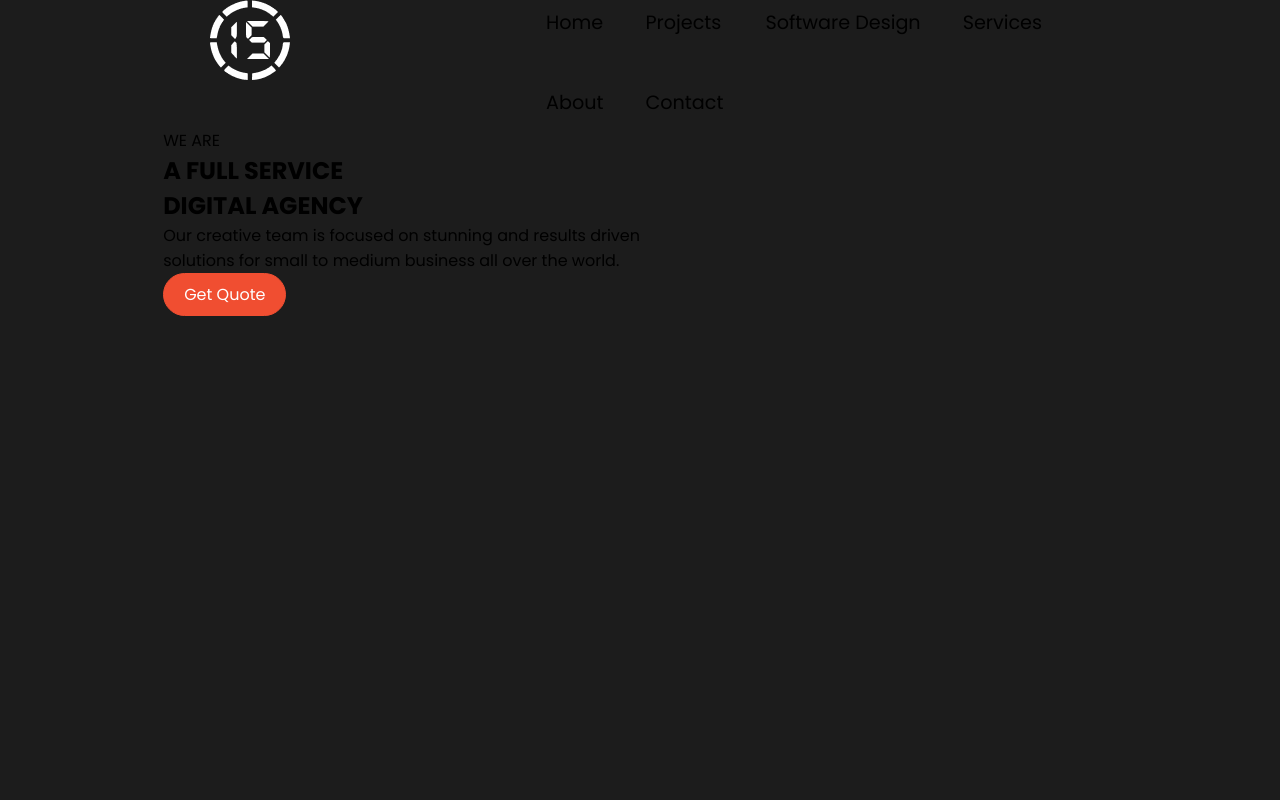
Repository: gopalpurohit54/one5
Page: /
An editor plug-in stored every save of this project. The page is shown before and after the next save, followed by the edit.
The browser window is 1280 px wide. The pictures show the whole page.
The project was rebuilt for these pictures with package versions that can differ from the ones it lists, and the page was loaded fresh each time.

Above is the page before, as saved 2021-06-11 14:13:42.

After the next save:
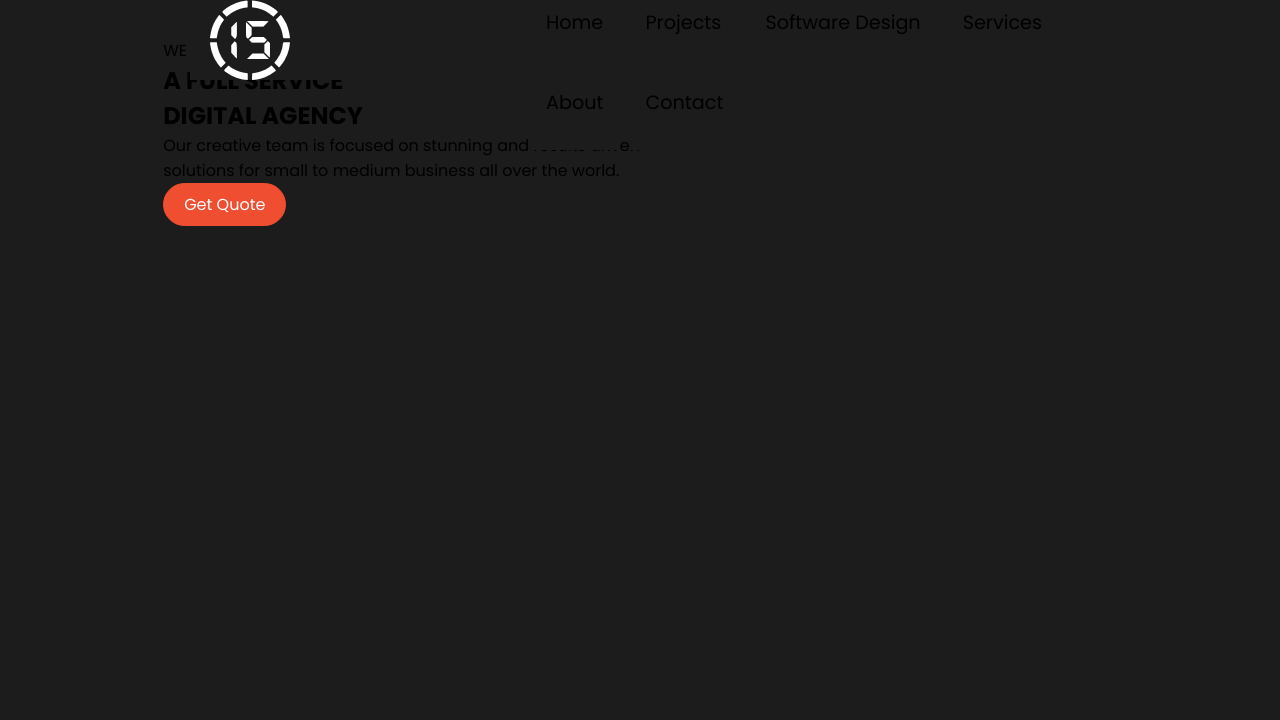
Saved 60 s later.
--- a/src/components/HeroSection.js
+++ b/src/components/HeroSection.js
@@ -8,7 +8,7 @@ import { motion } from 'framer-motion';
 function HeroSection() {
 
     const Section = styled.section `
-        height: 100vh;
+        height: 75vh;
         display: flex;
         justify-content: center;
         align-items: center;
